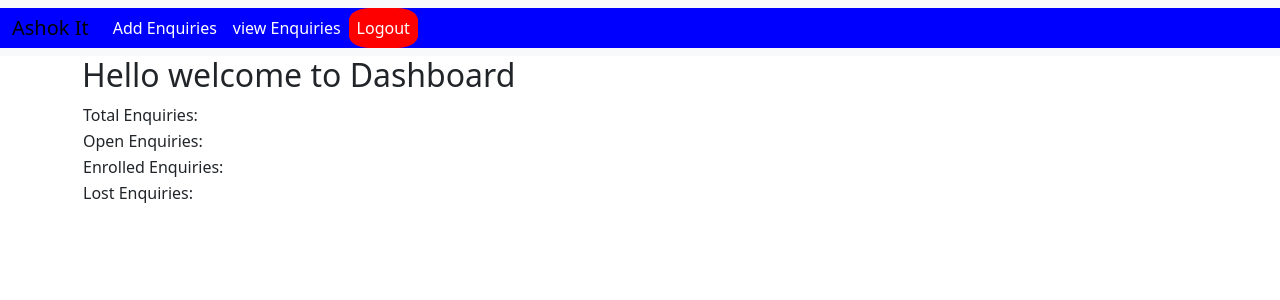
Repository: dibyajyotipanigrahi/Mini-Projects
Page: http://localhost/dashboard
An editor plug-in stored every save of this project. The page is shown before and after the next save, followed by the edit.
The browser window is 1280 px wide. The pictures show the whole page.
The page is this project's Thymeleaf template; nobody is signed in. The template is opened directly, without the code that normally fills it, so the values that code supplies are empty.

Above is the page before, as saved 2024-04-25 19:31:15.

After the next save:
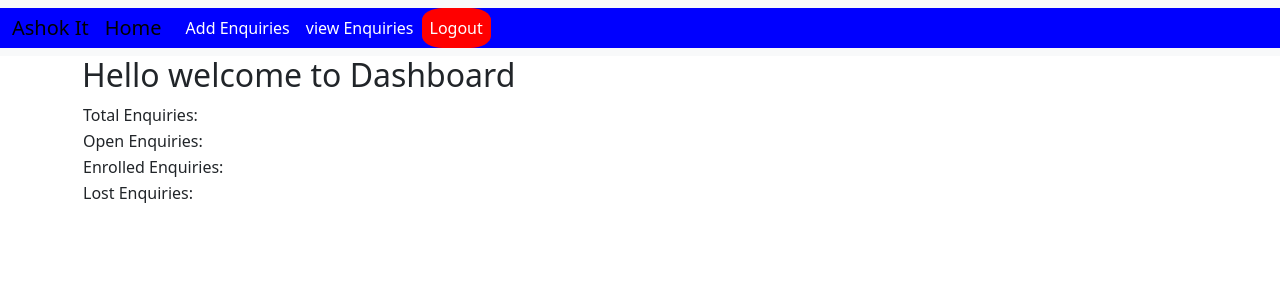
Saved 27 s later.
--- a/01-Councellors-Application/src/main/resources/templates/dashboard.html
+++ b/01-Councellors-Application/src/main/resources/templates/dashboard.html
@@ -21,6 +21,7 @@
 	<nav class="navbar navbar-expand-lg bg-body-tertiary">
 		<div class="container-fluid" style="background-color: blue;">
 			<a class="navbar-brand" href="#">Ashok It</a>
+			<a class="navbar-brand" href="dashboard">Home</a>
 			<button class="navbar-toggler" type="button" data-bs-toggle="collapse" data-bs-target="#navbarNav"
 				aria-controls="navbarNav" aria-expanded="false" aria-label="Toggle navigation">
 				<span class="navbar-toggler-icon"></span>
